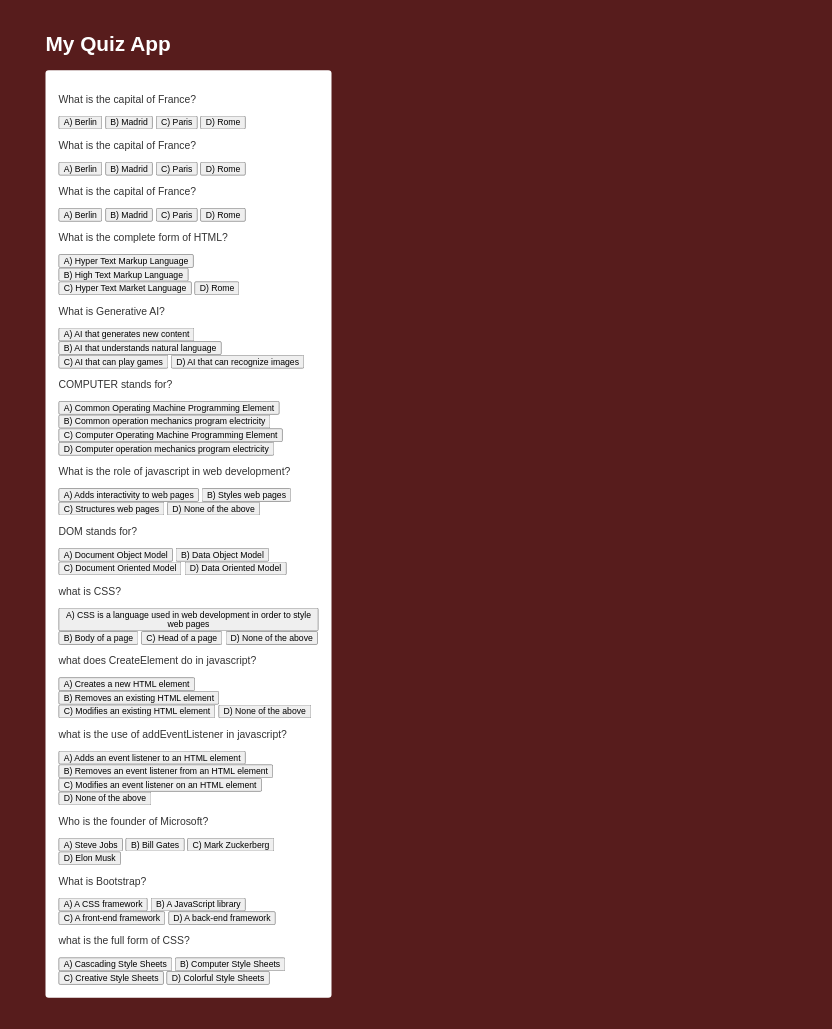
Repository: fatimaqueen9967-eng/SyntacexhubQuizApp
Page: index.html
An editor plug-in stored every save of this project. The page is shown before and after a run of saves, followed by the edit.
The browser window is 1280 px wide. The pictures show the whole page, at 65% of full size.

Above is the page before, as saved 2026-03-15 06:23:12.

### index.html
<!DOCTYPE html>
<html lang="en">
<head>
    <meta charset="UTF-8">
    <meta name="viewport" content="width=device-width, initial-scale=1.0">
    <title>QUIZ APP</title>
    <link rel="stylesheet" href="style.css">
</head>
<body>
    <h1>My Quiz App</h1>
    <div class="box">
        <div class="question">
            <p>What is the capital of France?</p>
        </div>
        <div class="options">
            <button>A) Berlin</button>
            <button>B) Madrid</button>
            <button>C) Paris</button>
            <button>D) Rome</button>
        </div>
        <div class="question">
            <p>What is the capital of France?</p>
        </div>
        <div class="options">
            <button>A) Berlin</button>
            <button>B) Madrid</button>
            <button>C) Paris</button>
            <button>D) Rome</button>
        </div>
        <div class="question">
            <p>What is the capital of France?</p>
        </div>
        <div class="options">
            <button>A) Berlin</button>
            <button>B) Madrid</button>
            <button>C) Paris</button>
            <button>D) Rome</button>
        </div>
        <div class="question">
            <p>What is the complete form of HTML?</p>
        </div>
        <div class="options">
            <button>A) Hyper Text Markup Language</button>
            <button>B) High Text Markup Language</button>
            <button>C) Hyper Text Market Language</button>
            <button>D) Rome</button>
        </div>
        <div class="question">
            <p>What is Generative AI?</p>
        </div>
        <div class="options">
            <button>A) AI that generates new content</button>
            <button>B) AI that understands natural language</button>
            <button>C) AI that can play games</button>
            <button>D) AI that can recognize images</button>
        </div>
        <div class="question">
            <p>COMPUTER stands for?</p>
        </div>
        <div class="options">
            <button>A) Common Operating Machine Programming Element</button>
            <button>B) Common operation mechanics program electricity</button>
            <button>C) Computer Operating Machine Programming Element</button>
            <button>D) Computer operation mechanics program electricity</button>
        </div>
        <div class="question">
        <p>What is the role of javascript in web development?</p>
    </div>
    <div class="options">
        <button>A) Adds interactivity to web pages</button>
        <button>B) Styles web pages</button>
        <button>C) Structures web pages</button>
        <button>D) None of the above</button>
    </div>
        <div class="question">
        <p>DOM stands for?</p>
    </div>
    <div class="options">
        <button>A) Document Object Model</button>
        <button>B) Data Object Model</button>
        <button>C) Document Oriented Model</button>
        <button>D) Data Oriented Model</button>
    </div>
        <div class="question">
        <p>what is CSS?</p>
    </div>
    <div class="options">
        <button>A) CSS is a language used in web development in order to style web pages</button>
        <button>B) Body of a page</button>
        <button>C) Head of a page</button>
        <button>D) None of the above</button>
    </div>
        <div class="question">
        <p>what does CreateElement do in javascript?</p>
    </div>
    <div class="options">
        <button>A) Creates a new HTML element</button>
        <button>B) Removes an existing HTML element</button>
        <button>C) Modifies an existing HTML element</button>
        <button>D) None of the above</button>
    </div>
        <div class="question">
        <p>what is the use of addEventListener in javascript?</p>
    </div>
    <div class="options">
        <button>A) Adds an event listener to an HTML element</button>
        <button>B) Removes an event listener from an HTML element</button>
        <button>C) Modifies an event listener on an HTML element</button>
        <button>D) None of the above</button>
    </div>

        <div class="question">
        <p>Who is the founder of Microsoft?</p>
    </div>
    <div class="options">
        <button>A) Steve Jobs</button>
        <button>B) Bill Gates</button>
        <button>C) Mark Zuckerberg</button>
        <button>D) Elon Musk</button>
    </div>
        <div class="question">
        <p>What is Bootstrap?</p>
    </div>
    <div class="options">
        <button>A) A CSS framework</button>
        <button>B) A JavaScript library</button>
        <button>C) A front-end framework</button>
        <button>D) A back-end framework</button>
    </div>
        <div class="question">
        <p>what is the full form of CSS?</p>
    </div>
    <div class="options">
        <button>A) Cascading Style Sheets</button>
        <button>B) Computer Style Sheets</button>
        <button>C) Creative Style Sheets</button>
        <button>D) Colorful Style Sheets</button>
    </div>
    </div>


</body>
</html>

### style.css
body{
    background-color: #571c1c;
    font-family: Arial, sans-serif;
    margin-left: 50px;
    padding: 20px;
    color: #fff;
    justify-content: center;
    align-items: center;
}
h1 {
    align-items: center;
    /* color: #333; */
}
.box{
    /* height: 700px; */
    /* display: flex; */

    background-color: #fff;
    color: #333;
    padding: 20px;
    border-radius: 5px;
    margin-bottom: 20px;
    width: 400px;
    overflow-wrap: anywhere;
}

After the next 2 saves:
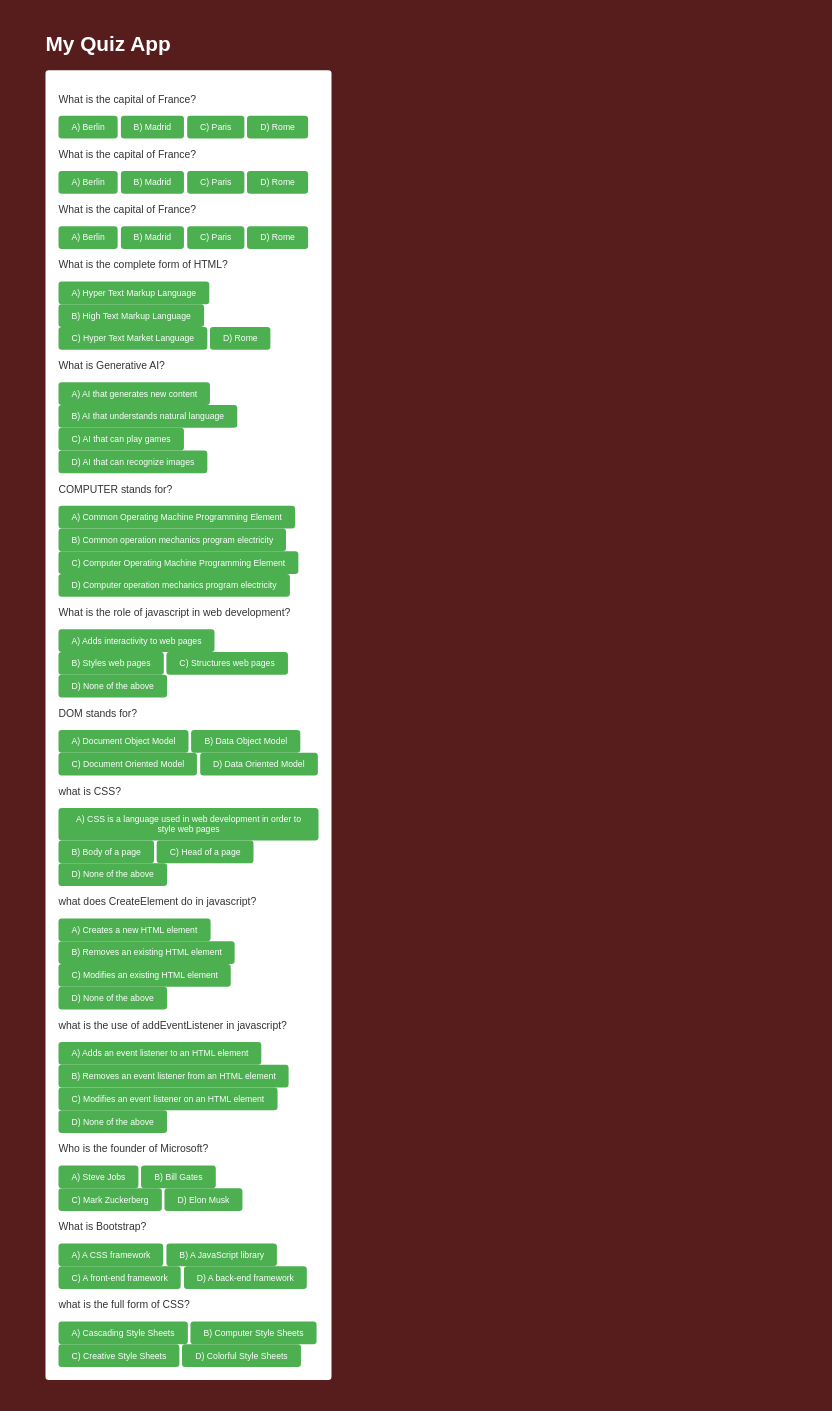
The 2 saves are shown as one change because they came seconds apart.
The last was saved 24 s later.
--- a/style.css
+++ b/style.css
@@ -23,3 +23,11 @@ h1 {
     width: 400px;
     overflow-wrap: anywhere;
 }
+button {
+    background-color: #4CAF50;
+    color: white;
+    padding: 10px 20px;
+    border: none;
+    border-radius: 5px;
+    cursor: pointer;
+}
